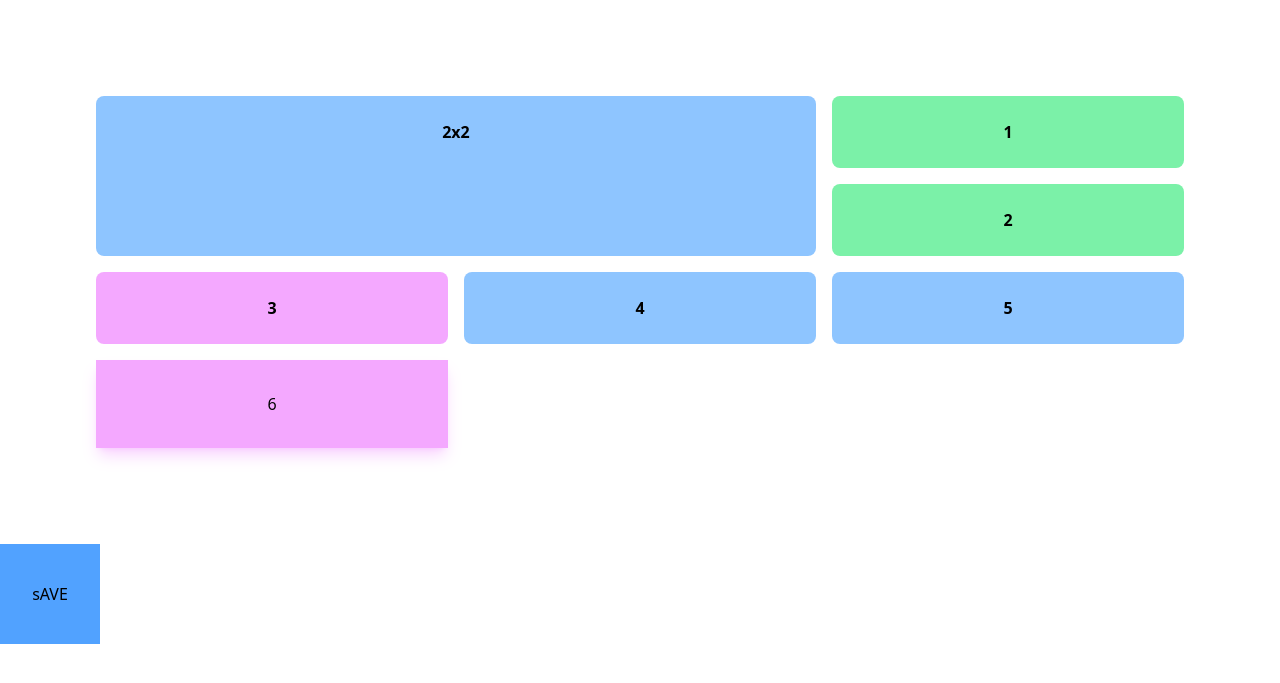
Repository: Abdulahi338/TailwindCss-exercise
Page: Exercise3/index.html
An editor plug-in stored every save of this project. The page is shown before and after a run of saves, followed by the edit.
The browser window is 1280 px wide. The pictures show the whole page.

Above is the page before, as saved 2025-08-12 17:56:03.

After the next 2 saves:
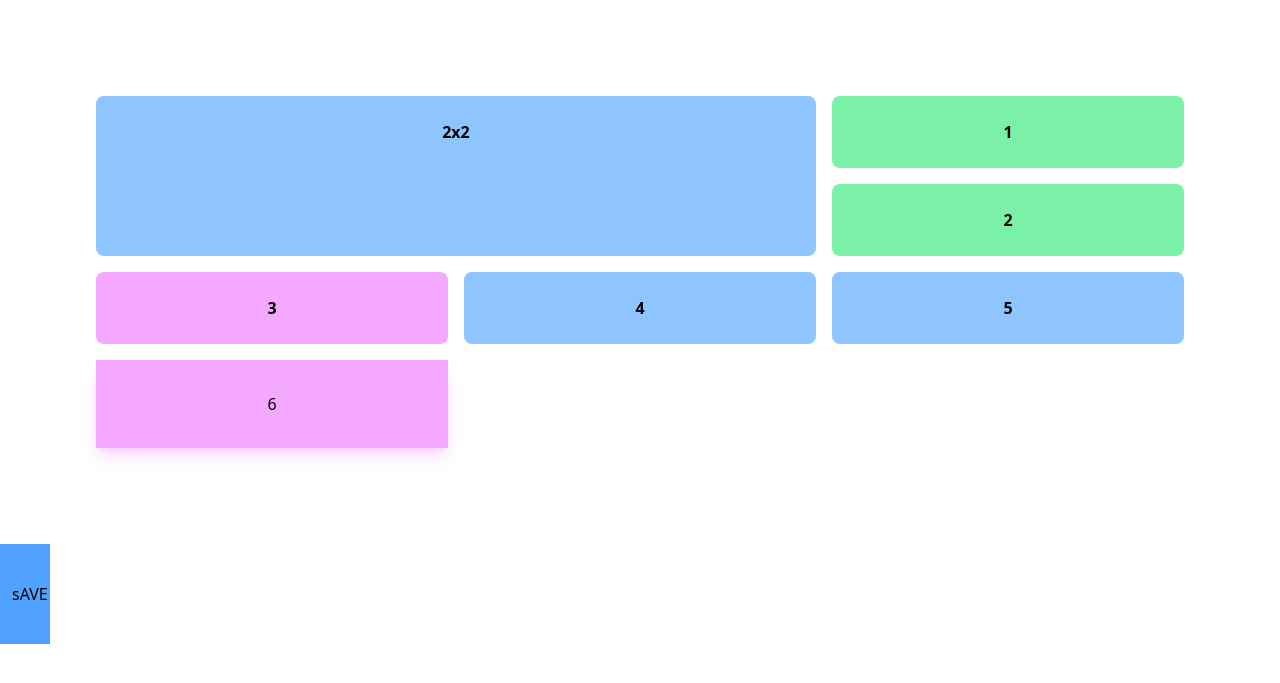
The 2 saves are shown as one change because they came seconds apart.
The last was saved 16 s later.
--- a/Exercise3/index.html
+++ b/Exercise3/index.html
@@ -19,7 +19,7 @@
         <div class="bg-fuchsia-300 p-8 font-med shadow-lg shadow-fuchsia-300/50">6</div>
 
     </div>
-            <button class="p-3 mx-auto w-[100px] h-[100px] bg-blue-400">sAVE</button>
+            <button class="p-3 mx-auto w-[50px] h-[100px] bg-blue-400">sAVE</button>
 
 
 
